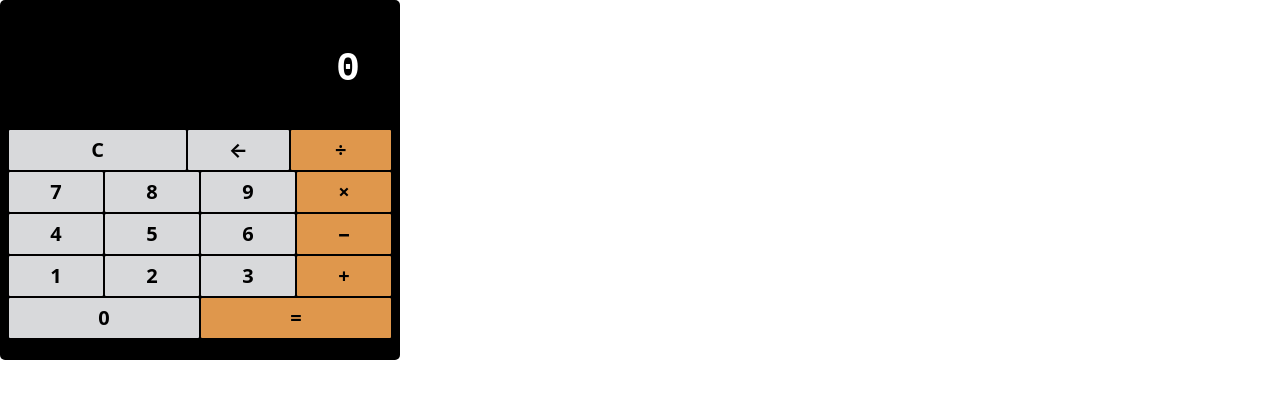
Repository: jgramirez0210/LAB-calculator
Page: index.html
These files come from the project's save history. The page is drawn as it stood at one moment and after the next save; the edit follows.
The browser window is 1280 px wide. The pictures show the whole page.

Above is the page before, as saved 2023-10-10 21:27:06.

After the next save:
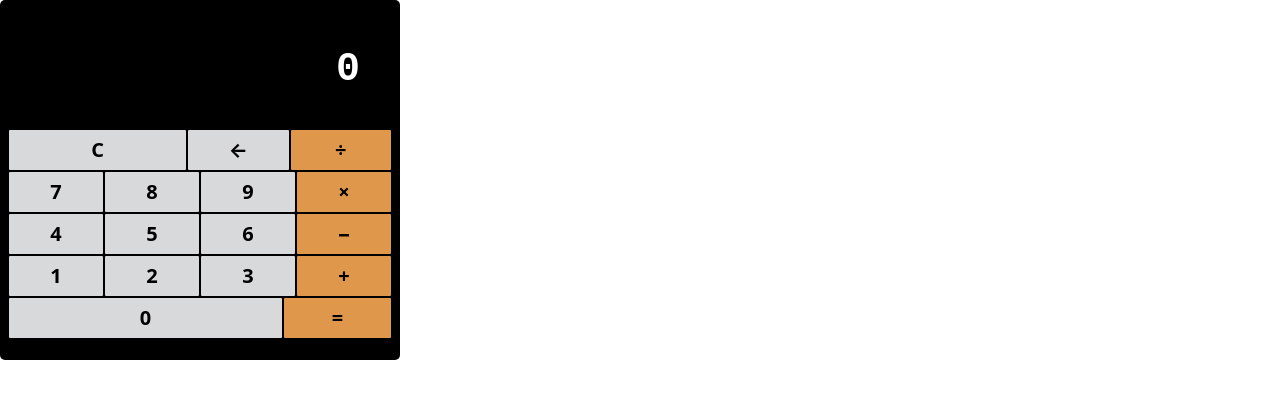
Saved 48 s later.
--- a/main.css
+++ b/main.css
@@ -61,6 +61,6 @@ button.function:active {
 button#wide {
   flex: 2;
 }
-button#xwide {
+button.xwide {
   flex: 3;
 }
